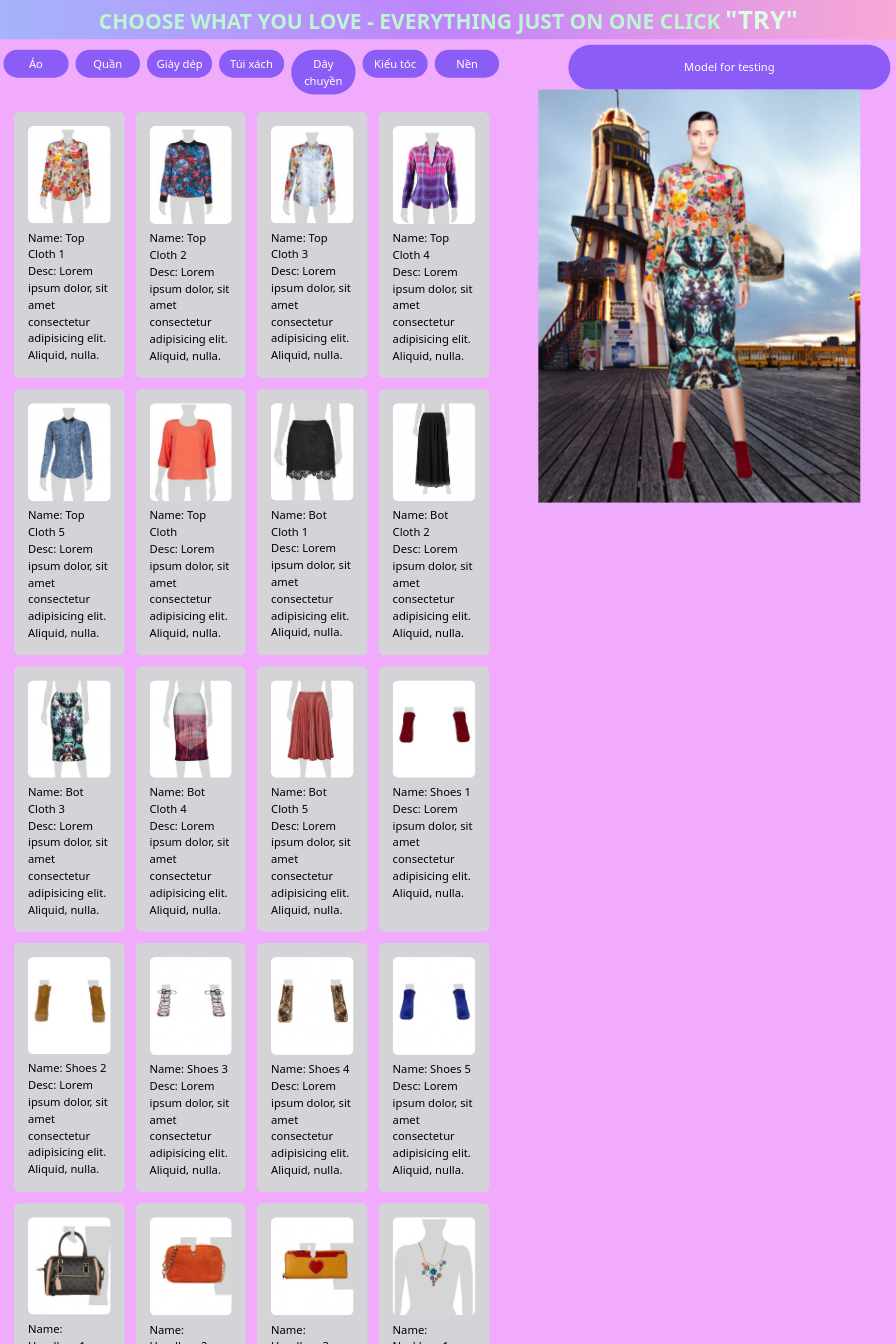
Repository: NguyenVietPhuQuy/ReactJs-TailWind-Redux-FunctionHook-ModelDesign
Page: / (app in modeldesign/)
The author's editor kept a copy of each file at every save. The page is drawn from the files as they stood at one save, then again after the next save.
The browser window is 1280 px wide. The pictures show the part of the page from y = 0 to 1920 px (the page is 3396 px tall before and 3468 px after), at 70% of full size.
The project was rebuilt for these pictures with package versions that can differ from the ones it lists, and the page was loaded fresh each time. Also part of the build but not shown: modeldesign/src/App.css.

Above is the page before, as saved 2022-11-17 16:58:30.

After the next save:
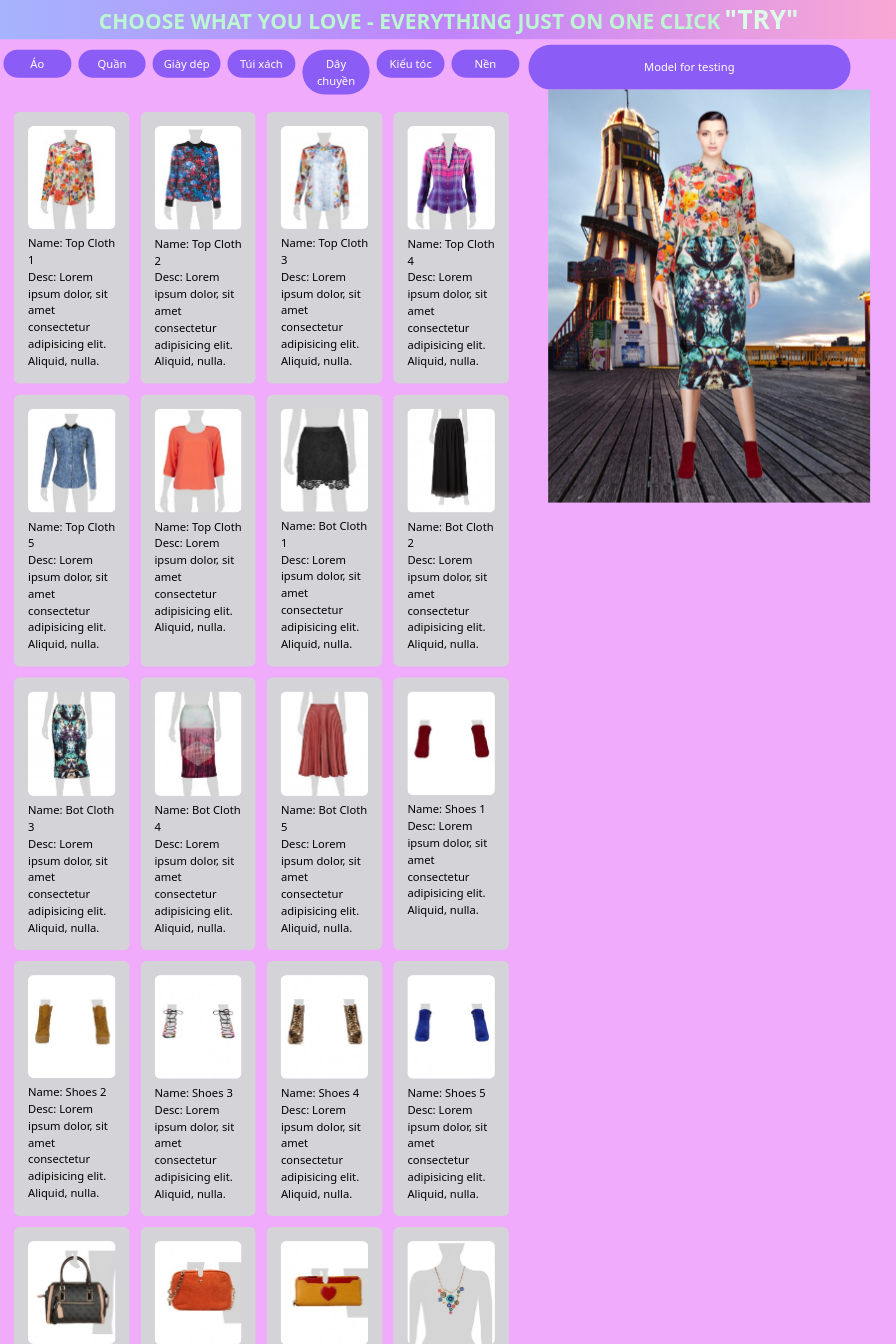
Saved 16 s later.
--- a/modeldesign/src/Components/Model.js
+++ b/modeldesign/src/Components/Model.js
@@ -6,7 +6,7 @@ function Model() {
             <div className="text-center p-5 rounded-full text-white hover:text-pink-100
                          bg-violet-500 hover:bg-violet-600 active:bg-violet-700 focus:outline-none
                          ease-in duration-200 justify-center items-center flex "
-                 style={{width:460, marginLeft: 85.5}}
+                 style={{width:460, }}
                          >Model for testing</div>
             <div className="contain  " style={{ backgroundImage: `url(/images/background/background1.jpg)` }}>
                 <div className="body" style={{ backgroundImage: "url(images/allbody/bodynew.png)" }} />
